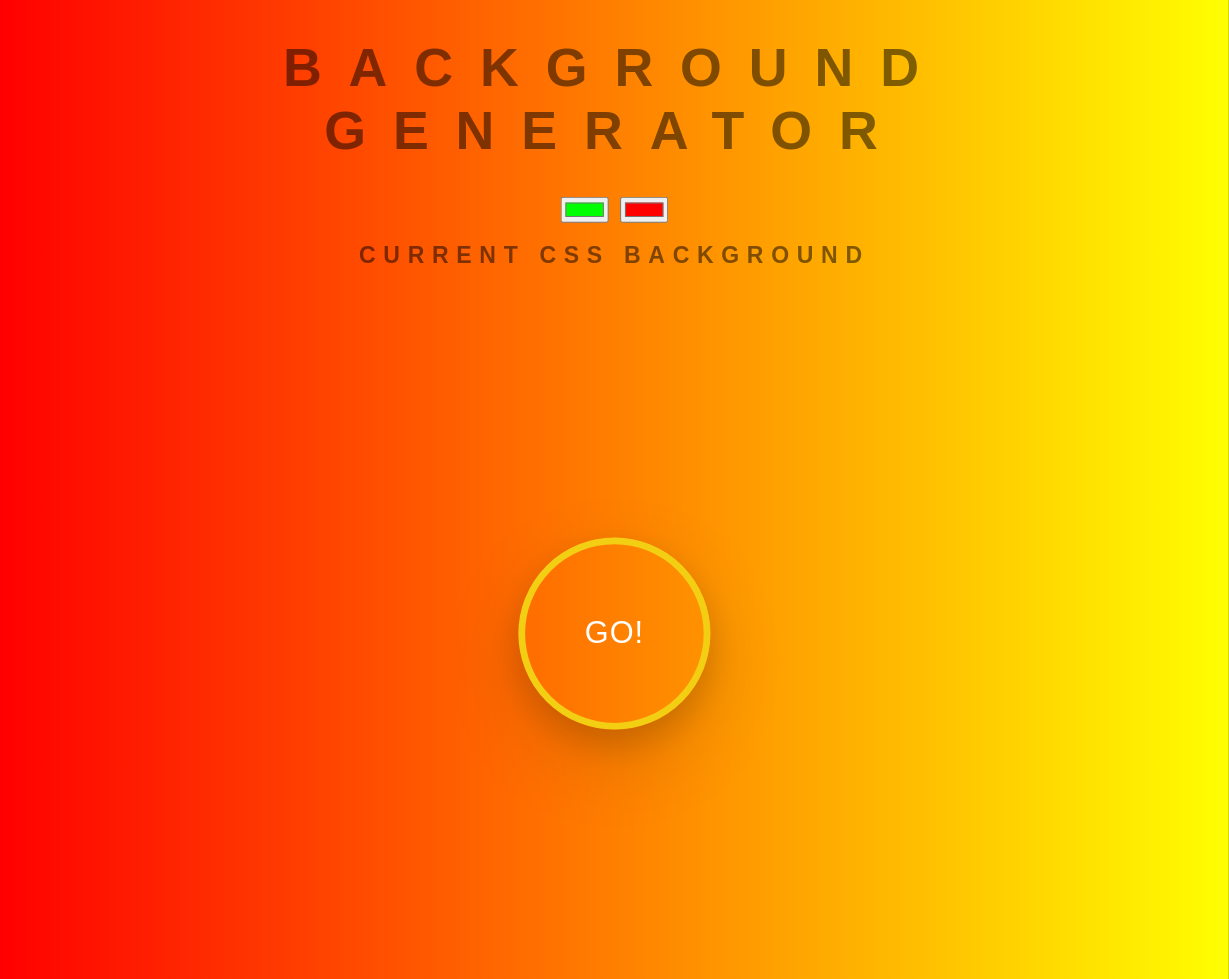
Repository: blgest/background-generator
Page: index.html
These files come from the project's save history. The page is drawn as it stood at one moment and after the next save; the edit follows.
The browser window is 1280 px wide. The pictures show the whole page, at 96% of full size.

Above is the page before, as saved 2020-02-09 10:39:50.
Console error: TypeError: Cannot read properties of null (reading 'style')

### index.html
<!DOCTYPE html>
<html>

<head>
	<title>Gradient Background</title>
	<link rel="stylesheet" type="text/css" href="style.css">
</head>

<body id="gradient random">
	<h1>Background Generator</h1>
	<input class="color1" type="color" name="color1" value="#00ff00">
	<input class="color2" type="color" name="color2" value="#ff0000">
	<h2>Current CSS Background</h2>
	<h3></h3>
	<!-- <h3><button id="random">Random</button></h3> -->

	<div id="wrapper">
		<a class="my-super-cool-btn">
			<div class="dots-container">
				<div class="dot"></div>
				<div class="dot"></div>
				<div class="dot"></div>
				<div class="dot"></div>
			</div>
			<span  id="random">Go!</span>
		</a>
	</div>

	<script type="text/javascript" src="script.js"></script>
</body>

</html>

### style.css
body {
  font: "Raleway", sans-serif;
  color: rgba(0, 0, 0, 0.5);
  text-align: center;
  text-transform: uppercase;
  letter-spacing: 0.5em;
  top: 15%;
  background: linear-gradient(to right, red, yellow); /* Standard syntax */
}

h1 {
  font: 600 3.5em "Raleway", sans-serif;
  color: rgba(0, 0, 0, 0.5);
  text-align: center;
  text-transform: uppercase;
  letter-spacing: 0.5em;
  width: 100%;
}

h3 {
  font: 900 1em "Raleway", sans-serif;
  color: rgba(0, 0, 0, 0.5);
  text-align: center;
  text-transform: none;
  letter-spacing: 0.01em;
}

@import url("https://fonts.googleapis.com/css?family=Montserrat:900");

body {
  margin: 0;
  padding: 0;
  background-color: #292929;
  font-family: "Montserrat", sans-serif;
}
#wrapper {
  width: 100vw;
  height: 100vh;
  box-sizing: border-box;
  display: flex;
  align-items: center;
  justify-content: center;
}
.my-super-cool-btn {
  position: relative;
  text-decoration: none;
  color: #fff;
  letter-spacing: 1px;
  font-size: 2rem;
  box-sizing: border-box;
}
.my-super-cool-btn span {
  position: relative;
  box-sizing: border-box;
  display: flex;
  align-items: center;
  justify-content: center;
  width: 200px;
  height: 200px;
}
.my-super-cool-btn span:before {
  content: "";
  width: 100%;
  height: 100%;
  display: block;
  position: absolute;
  border-radius: 100%;
  border: 7px solid #f3cf14;
  box-sizing: border-box;
  transition: all 0.85s cubic-bezier(0.25, 1, 0.33, 1);
  box-shadow: 0 30px 85px rgba(0, 0, 0, 0.14), 0 15px 35px rgba(0, 0, 0, 0.14);
}
.my-super-cool-btn:hover span:before {
  transform: scale(0.8);
  box-shadow: 0 20px 55px rgba(0, 0, 0, 0.14), 0 15px 35px rgba(0, 0, 0, 0.14);
}
.my-super-cool-btn .dots-container {
  opacity: 0;
  animation: intro 1.6s;
  animation-fill-mode: forwards;
}
.my-super-cool-btn .dot {
  width: 8px;
  height: 8px;
  display: block;
  background-color: #f3cf14;
  border-radius: 100%;
  position: absolute;
  transition: all 0.85s cubic-bezier(0.25, 1, 0.33, 1);
}
.my-super-cool-btn .dot:nth-child(1) {
  top: 50px;
  left: 50px;
  transform: rotate(-140deg);
  animation: swag1-out 0.3s;
  animation-fill-mode: forwards;
  opacity: 0;
}
.my-super-cool-btn .dot:nth-child(2) {
  top: 50px;
  right: 50px;
  transform: rotate(140deg);
  animation: swag2-out 0.3s;
  animation-fill-mode: forwards;
  opacity: 0;
}
.my-super-cool-btn .dot:nth-child(3) {
  bottom: 50px;
  left: 50px;
  transform: rotate(140deg);
  animation: swag3-out 0.3s;
  animation-fill-mode: forwards;
  opacity: 0;
}
.my-super-cool-btn .dot:nth-child(4) {
  bottom: 50px;
  right: 50px;
  transform: rotate(-140deg);
  animation: swag4-out 0.3s;
  animation-fill-mode: forwards;
  opacity: 0;
}
.my-super-cool-btn:hover .dot:nth-child(1) {
  animation: swag1 0.3s;
  animation-fill-mode: forwards;
}
.my-super-cool-btn:hover .dot:nth-child(2) {
  animation: swag2 0.3s;
  animation-fill-mode: forwards;
}
.my-super-cool-btn:hover .dot:nth-child(3) {
  animation: swag3 0.3s;
  animation-fill-mode: forwards;
}
.my-super-cool-btn:hover .dot:nth-child(4) {
  animation: swag4 0.3s;
  animation-fill-mode: forwards;
}
@keyframes intro {
  0% {
    opacity: 0;
  }
  100% {
    opacity: 1;
  }
}
@keyframes swag1 {
  0% {
    top: 50px;
    left: 50px;
    width: 8px;
  }
  50% {
    width: 30px;
    opacity: 1;
  }
  100% {
    top: 20px;
    left: 20px;
    width: 8px;
    opacity: 1;
  }
}
@keyframes swag1-out {
  0% {
    top: 20px;
    left: 20px;
    width: 8px;
  }
  50% {
    width: 30px;
    opacity: 1;
  }
  100% {
    top: 50px;
    left: 50px;
    width: 8px;
    opacity: 0;
  }
}
@keyframes swag2 {
  0% {
    top: 50px;
    right: 50px;
    width: 8px;
  }
  50% {
    width: 30px;
    opacity: 1;
  }
  100% {
    top: 20px;
    right: 20px;
    width: 8px;
    opacity: 1;
  }
}
@keyframes swag2-out {
  0% {
    top: 20px;
    right: 20px;
    width: 8px;
  }
  50% {
    width: 30px;
    opacity: 1;
  }
  100% {
    top: 50px;
    right: 50px;
    width: 8px;
    opacity: 0;
  }
}
@keyframes swag3 {
  0% {
    bottom: 50px;
    left: 50px;
    width: 8px;
  }
  50% {
    width: 30px;
    opacity: 1;
  }
  100% {
    bottom: 20px;
    left: 20px;
    width: 8px;
    opacity: 1;
  }
}
@keyframes swag3-out {
  0% {
    bottom: 20px;
    left: 20px;
    width: 8px;
  }
  50% {
    width: 30px;
    opacity: 1;
  }
  100% {
    bottom: 50px;
    left: 50px;
    width: 8px;
    opacity: 0;
  }
}
@keyframes swag4 {
  0% {
    bottom: 50px;
    right: 50px;
    width: 8px;
  }
  50% {
    width: 30px;
    opacity: 1;
  }
  100% {
    bottom: 20px;
    right: 20px;
    width: 8px;
    opacity: 1;
  }
}
@keyframes swag4-out {
  0% {
    bottom: 20px;
    right: 20px;
    width: 8px;
  }
  50% {
    width: 30px;
    opacity: 1;
  }
  100% {
    bottom: 50px;
    right: 50px;
    width: 8px;
    opacity: 0;
  }
}

### script.js
var css = document.querySelector("h3");
var color1 = document.querySelector(".color1");
var color2 = document.querySelector(".color2");
var body = document.getElementById("gradient");
var randdom = document.getElementById("random");

function generateRandomBackground(){
	color1.value = generateColor();
	color2.value = generateColor();
	setGradient();
}

function generateColor() {
	return "#"+Math.floor(Math.random()*16777215).toString(16);
}

function setGradient() {
	body.style.background =
		"linear-gradient(to right, "
		+ color1.value
		+ ", "
		+ color2.value
		+ ")";
	css.textContent = body.style.background + ";";
}

setGradient();

color1.addEventListener("input", setGradient);

color2.addEventListener("input", setGradient);

randdom.addEventListener("mouseleave", generateRandomBackground);

After the next save:
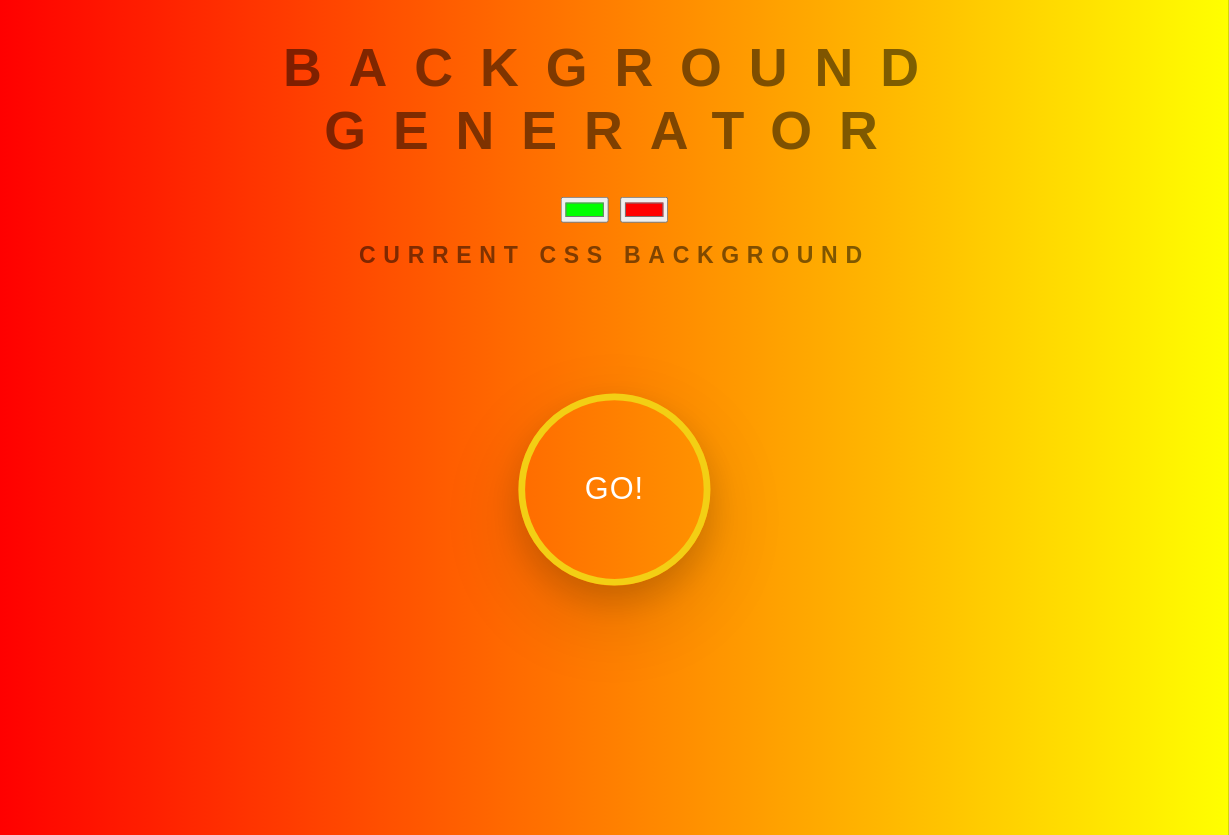
Saved 17 min 38 s later.
--- a/style.css
+++ b/style.css
@@ -40,6 +40,7 @@ body {
   display: flex;
   align-items: center;
   justify-content: center;
+  margin-top: -150px;
 }
 .my-super-cool-btn {
   position: relative;
